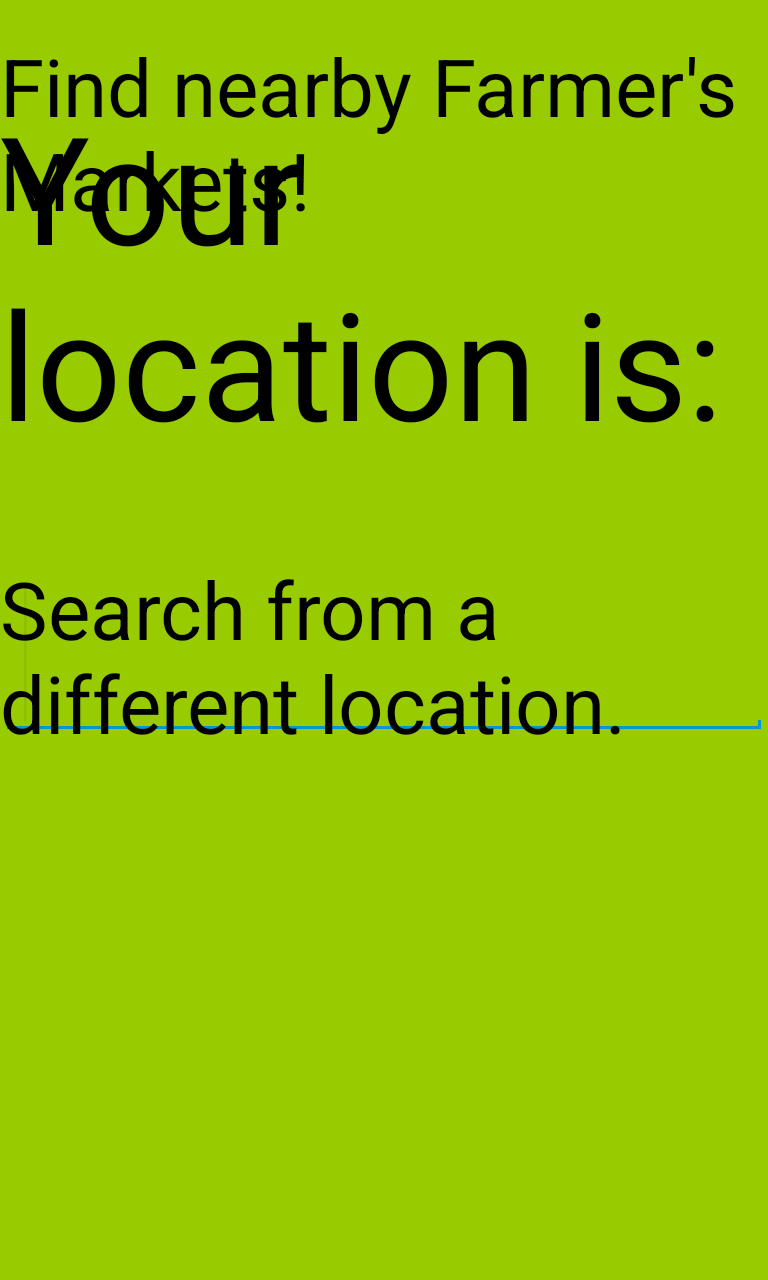
Repository: yasith/OnlyLocal
Layout: Only Local/res/layout/activity_start.xml
The author's editor kept a copy of each file at every save. The layout is drawn from the files as they stood at one save, then again after the next save.
It is drawn on a 768 x 1280 px phone screen (xhdpi) without system bars, with theme AppTheme; the app's code is not run.

Above is the layout before, as saved 2012-07-25 07:17:38.

### Only Local/res/layout/activity_start.xml
<RelativeLayout xmlns:android="http://schemas.android.com/apk/res/android"
    xmlns:tools="http://schemas.android.com/tools"
    android:layout_width="match_parent"
    android:layout_height="match_parent"
    android:background="#99CC00" >

    <TextView
        android:id="@+id/textView1"
        android:layout_width="wrap_content"
        android:layout_height="wrap_content"
        android:layout_alignParentTop="true"
        android:layout_centerHorizontal="true"
        android:layout_marginTop="43dp"
        android:text="@string/loc"
        android:textAppearance="?android:attr/textAppearanceLarge"
        android:textSize="75dp" />

    <EditText
        android:id="@+id/editText1"
        android:layout_width="wrap_content"
        android:layout_height="wrap_content"
        android:layout_alignLeft="@+id/textView1"
        android:layout_alignRight="@+id/textView1"
        android:layout_below="@+id/textView1"
        android:layout_marginTop="55dp"
        android:ems="10"
        android:inputType="textPostalAddress"
        android:textSize="50dp" >

        <requestFocus />
    </EditText>

    <TextView
        android:id="@+id/TextView02"
        android:layout_width="wrap_content"
        android:layout_height="wrap_content"
        android:layout_alignParentBottom="true"
        android:layout_alignParentRight="true"
        android:layout_marginBottom="262dp"
        android:text="@string/change"
        android:textAppearance="?android:attr/textAppearanceLarge"
        android:textSize="40dp" />

    <TextView
        android:id="@+id/TextView01"
        android:layout_width="wrap_content"
        android:layout_height="wrap_content"
        android:layout_above="@+id/TextView02"
        android:layout_alignLeft="@+id/editText1"
        android:layout_marginBottom="161dp"
        android:text="@string/search"
        android:textAppearance="?android:attr/textAppearanceLarge"
        android:textSize="40dp" />

</RelativeLayout>

### Only Local/res/values/strings.xml
<resources>

    <string name="app_name">Only Local</string>
    <string name="hello_world">Hello world!</string>
    <string name="menu_settings">Settings</string>
    <string name="title_activity_start">StartActivity</string>
    <string name="search">Find nearby Farmer\'s Markets!</string>
    <string name="loc">Your location is:</string>
    <string name="change">Search from a different location.</string>

</resources>

Loaded but not shown: Only Local/res/values-v11/styles.xml (common file); Only Local/res/values-v14/styles.xml (common file); Only Local/res/values/styles.xml (common file)

After the next save:
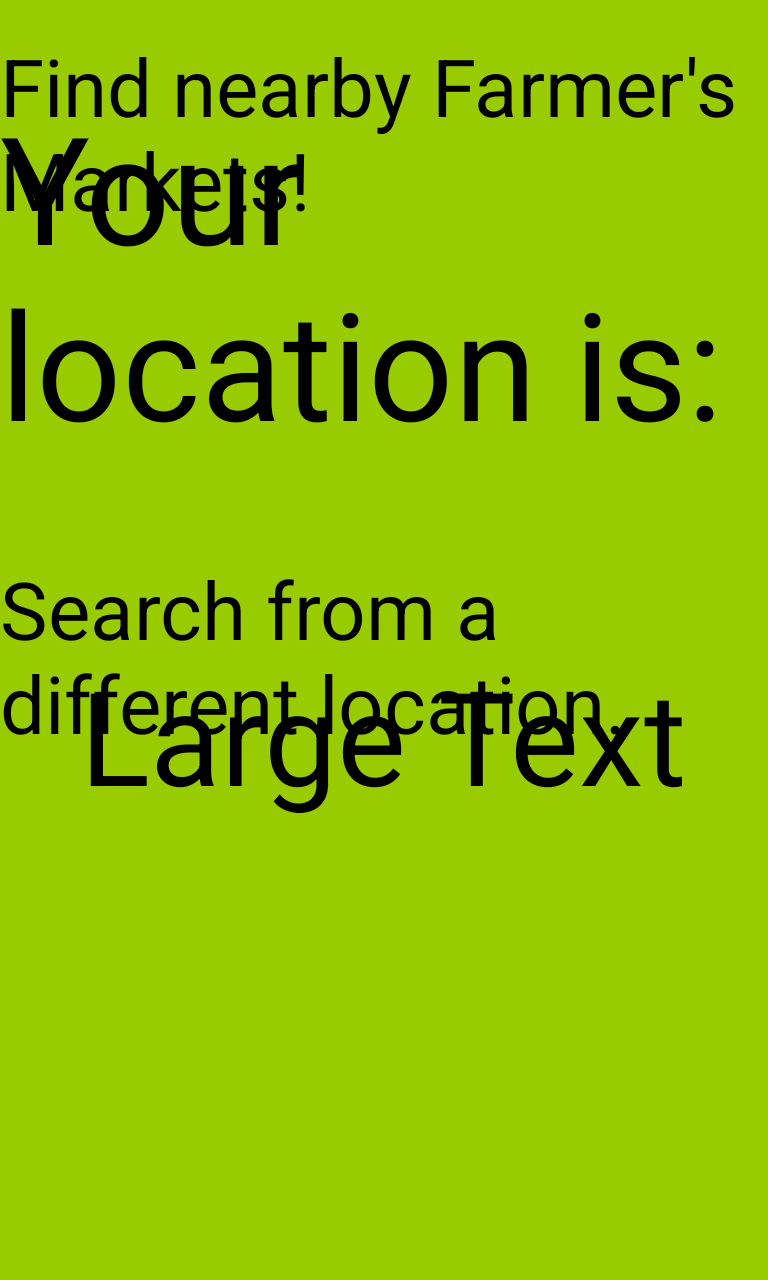
Saved 8 h 58 min later.
--- a/Only Local/res/layout/activity_start.xml
+++ b/Only Local/res/layout/activity_start.xml
@@ -15,21 +15,6 @@
         android:textAppearance="?android:attr/textAppearanceLarge"
         android:textSize="75dp" />
 
-    <EditText
-        android:id="@+id/editText1"
-        android:layout_width="wrap_content"
-        android:layout_height="wrap_content"
-        android:layout_alignLeft="@+id/textView1"
-        android:layout_alignRight="@+id/textView1"
-        android:layout_below="@+id/textView1"
-        android:layout_marginTop="55dp"
-        android:ems="10"
-        android:inputType="textPostalAddress"
-        android:textSize="50dp" >
-
-        <requestFocus />
-    </EditText>
-
     <TextView
         android:id="@+id/TextView02"
         android:layout_width="wrap_content"
@@ -46,10 +31,20 @@
         android:layout_width="wrap_content"
         android:layout_height="wrap_content"
         android:layout_above="@+id/TextView02"
-        android:layout_alignLeft="@+id/editText1"
         android:layout_marginBottom="161dp"
         android:text="@string/search"
         android:textAppearance="?android:attr/textAppearanceLarge"
         android:textSize="40dp" />
 
+    <TextView
+        android:id="@+id/textView2"
+        android:layout_width="wrap_content"
+        android:layout_height="wrap_content"
+        android:layout_below="@+id/textView1"
+        android:layout_centerHorizontal="true"
+        android:layout_marginTop="93dp"
+        android:text="Large Text"
+        android:textAppearance="?android:attr/textAppearanceLarge"
+        android:textSize="65dp" />
+
 </RelativeLayout>
